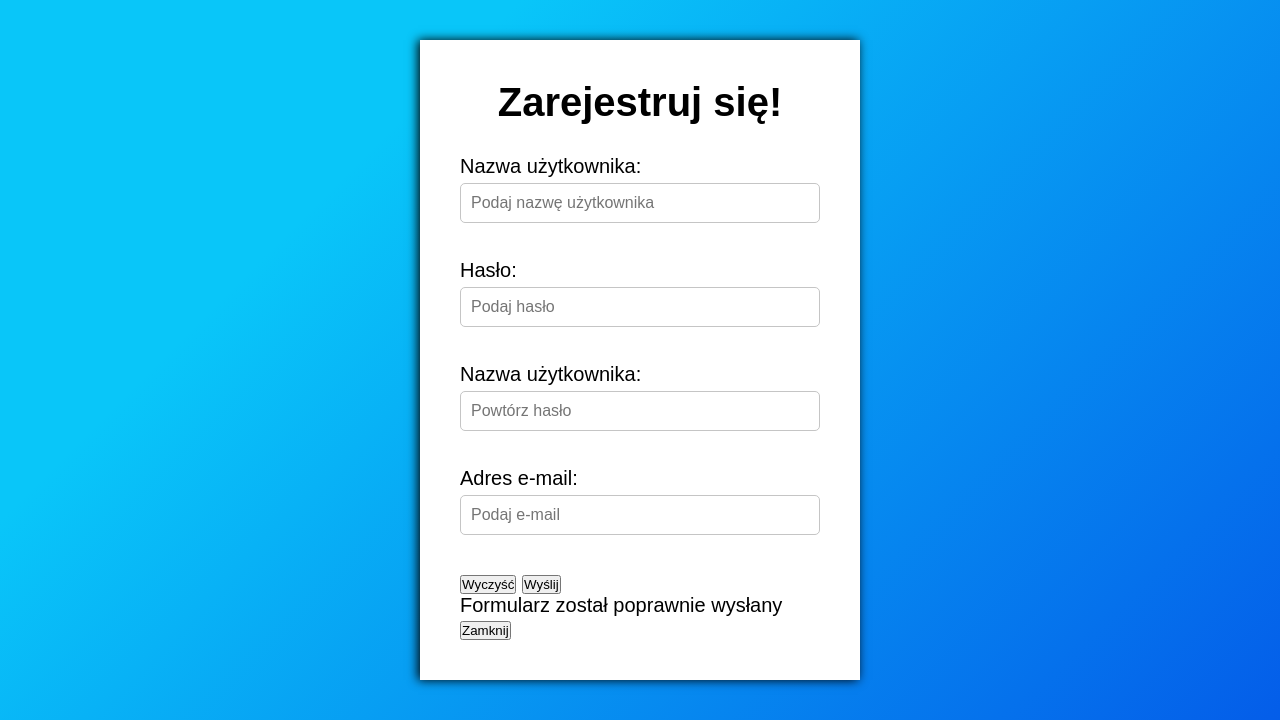
Repository: KrzysKolo/Projekt-3_Formularz-rejestracyjny
Page: index.html
These files come from the project's save history. The page is drawn as it stood at one moment and after the next save; the edit follows.
The browser window is 1280 px wide. The pictures show the whole page.
Some web fonts or font styles are not loaded; a fallback is used.

Above is the page before, as saved 2020-07-04 02:16:58.

After the next save:
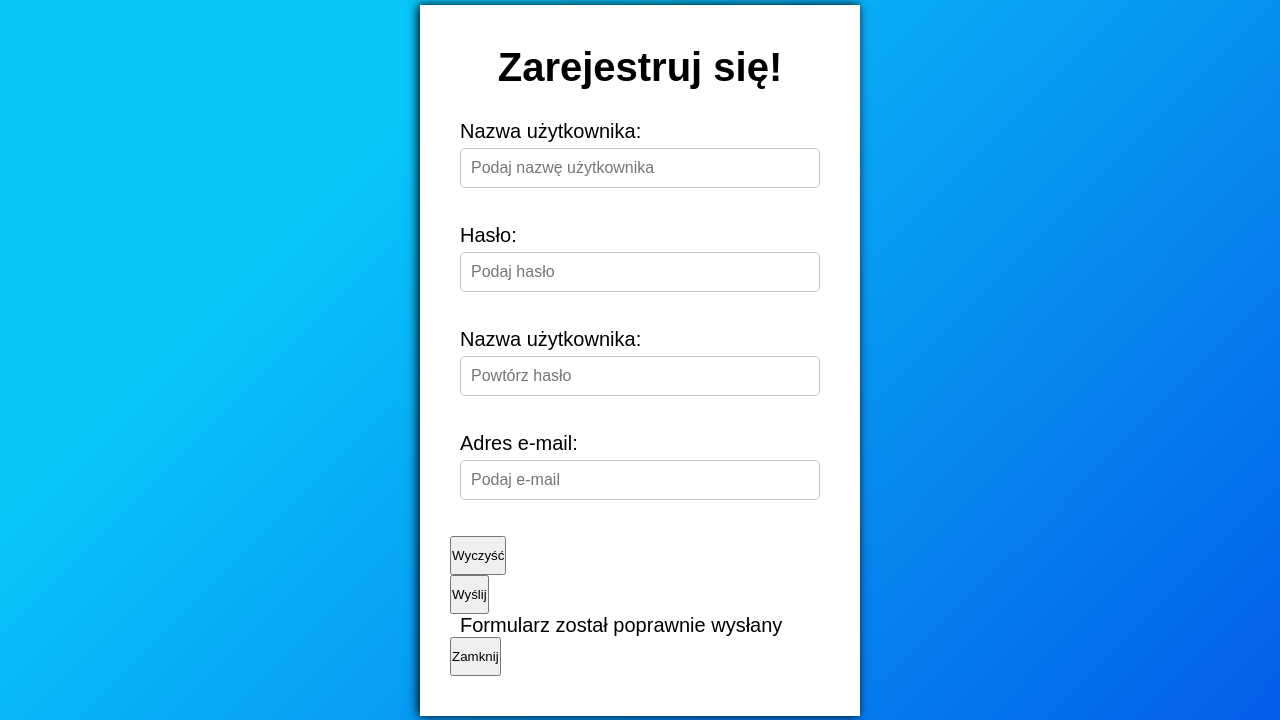
Saved 3 min 24 s later.
--- a/css/style.css
+++ b/css/style.css
@@ -56,3 +56,10 @@ h1 {
   display: flex;
   justify-content: flex-end;
 }
+.send,
+.clear,
+.close {
+  display: block;
+  padding: 10px 0;
+  margin-left: -10px;
+}
